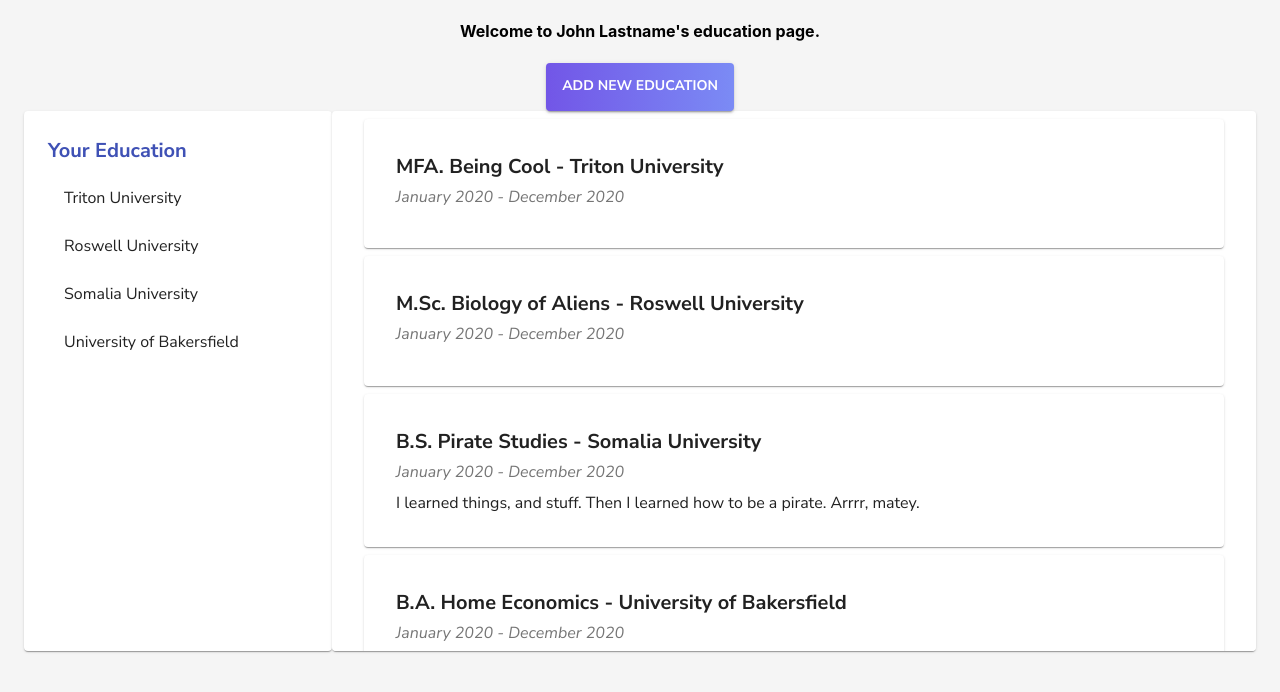
Repository: noellered/Showwcase-React-Challenge
Page: / (app in showwcase-education-react/)
The author's editor kept a copy of each file at every save. The page is drawn from the files as they stood at one save, then again after a run of saves.
The browser window is 1280 px wide. The pictures show the whole page.
An inner scrolling area shows only its first screen. The project was rebuilt for these pictures with package versions that can differ from the ones it lists, and the page was loaded fresh each time. Also part of the build but not shown: showwcase-education-react/src/components/Home.tsx, showwcase-education-react/src/components/pickers/MonthPicker.tsx, showwcase-education-react/src/components/pickers/YearPicker.tsx, showwcase-education-react/src/components/education/EducationModalContent.tsx.

Above is the page before, as saved 2020-12-17 17:46:38.

After the next 2 saves:
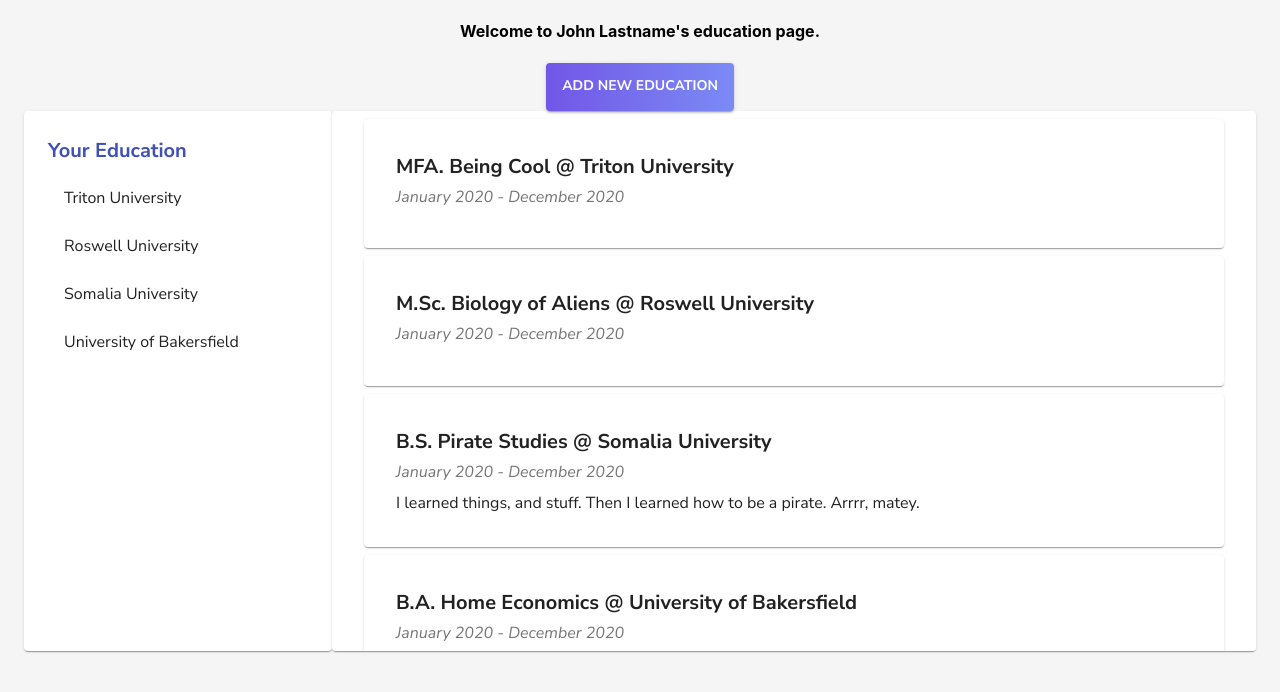
The 2 saves are shown as one change because they came seconds apart.
The last was saved 41 s later.
--- a/showwcase-education-react/src/components/education/EducationList.tsx
+++ b/showwcase-education-react/src/components/education/EducationList.tsx
@@ -11,7 +11,7 @@ const EducationList:FunctionComponent<{list: object[]}> = ({ list }) => {
             { list.length > 0 ? list.map((item) =>
             <Card className={classes.educationCard}>
                 <Typography align="justify" variant="h6" color="textPrimary">
-                    {item['degree']} {item['fieldOfStudy']} - {item['institution']}
+                    {item['degree']} {item['fieldOfStudy']} @ {item['institution']}
                 </Typography>
                 <Typography variant="subtitle1" align="justify" color="textSecondary" gutterBottom>
                 January {item['start']['year']} - December {item['end']['year']}
